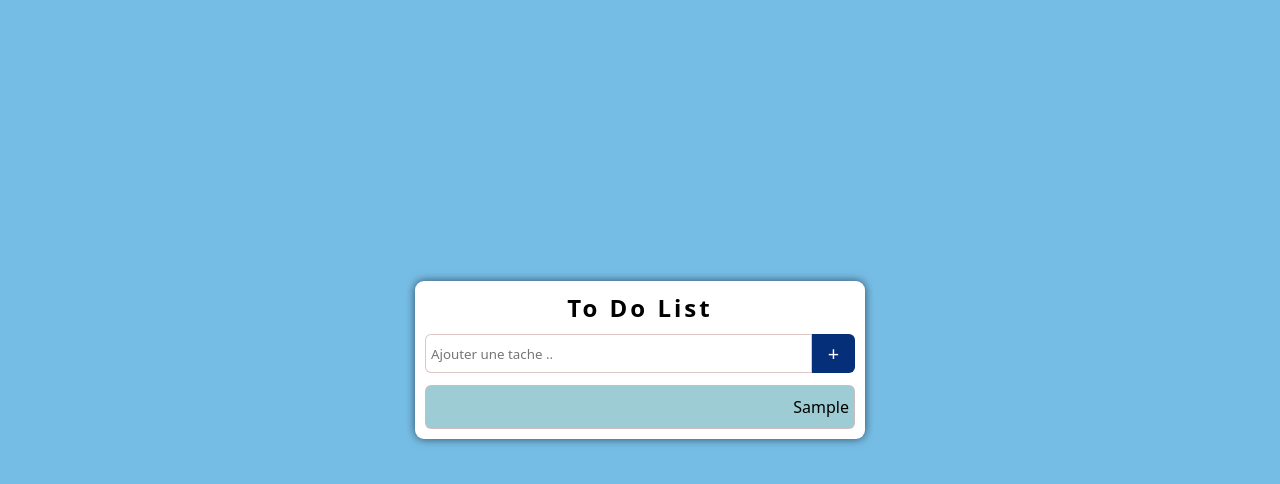
Repository: beva3/javaScrypt
Page: to-do-liste/index.html
An editor plug-in stored every save of this project. The page is shown before and after the next save, followed by the edit.
The browser window is 1280 px wide. The pictures show the whole page.
Empty fields were first filled with sample values (such as "Sample", 5 or name@example.com).
After loading, the first visible `#addTodo` was clicked once.

Above is the page before, as saved 2024-05-08 21:32:59.

After the next save:
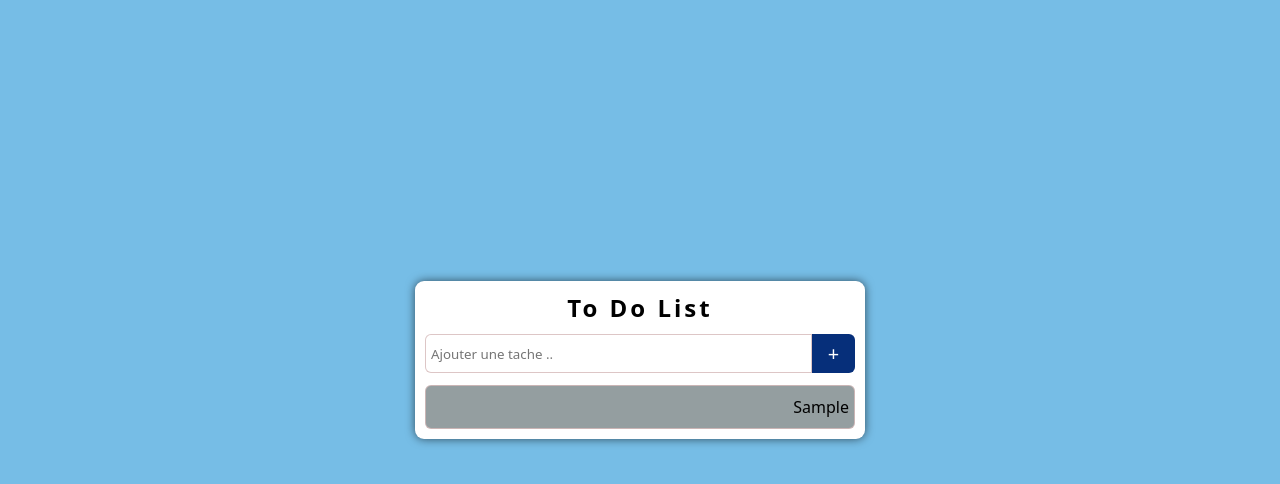
Saved 29 s later.
--- a/to-do-liste/style.css
+++ b/to-do-liste/style.css
@@ -51,7 +51,7 @@ h1{
     width: 100%;
     padding: 10px 5px;
     border: 1px solid rgba(214, 186, 186, 0.822);
-    background-color: rgba(27, 136, 155, 0.425);
+    background-color: rgba(3, 26, 31, 0.425);
     border-radius: 6px;
     margin: 12px 0;
     text-align: right;
